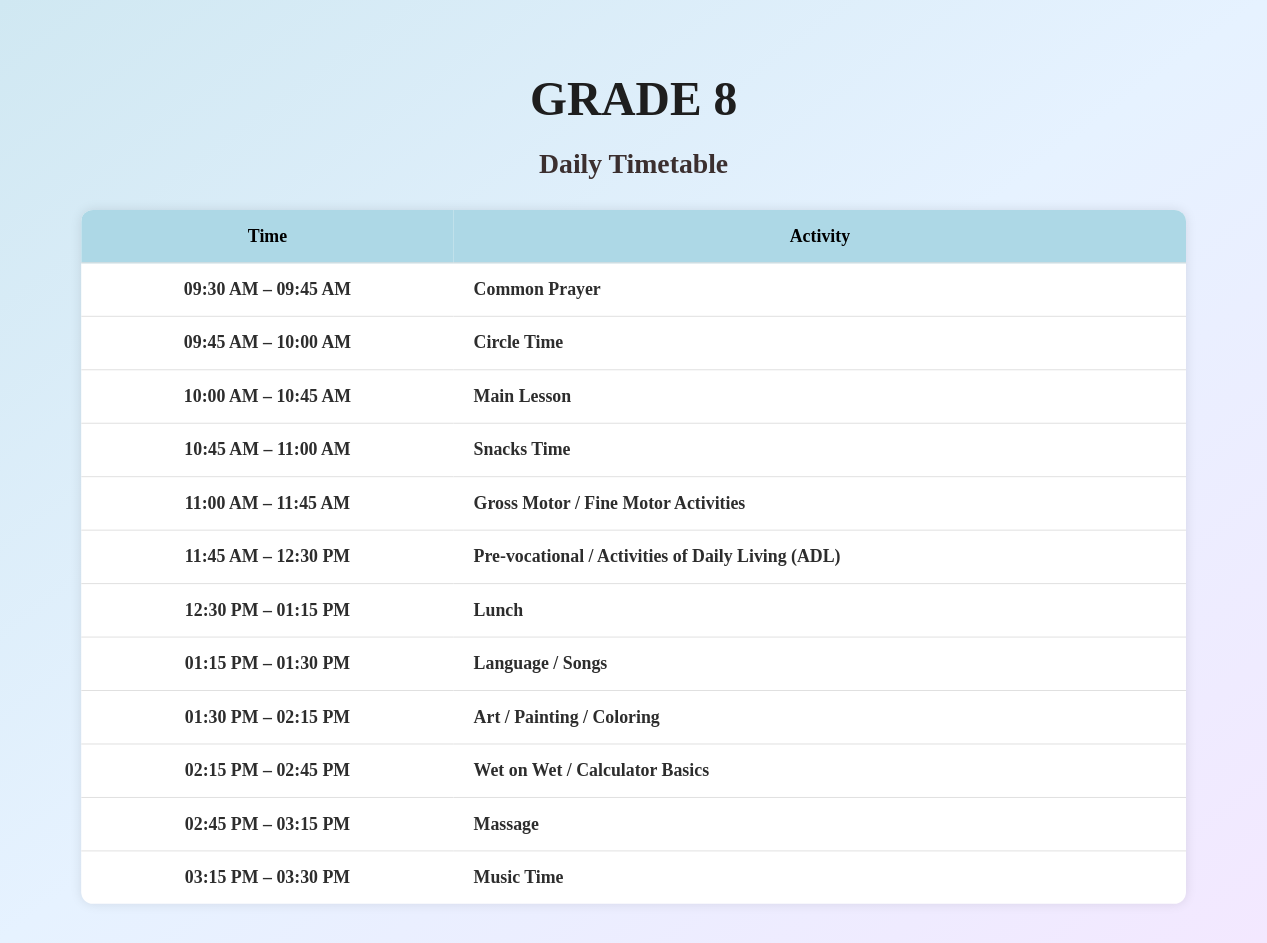
Repository: atchayasasikumar10/timetable-website
Page: templates/grade8_home.html
The author's editor kept a copy of each file at every save. The page is drawn from the files as they stood at one save, then again after the next save.
The browser window is 1280 px wide. The pictures show the whole page, at 99% of full size.
The page is served by the project's application, run on Flask 3 (main.py). The template is opened directly, without the code that normally fills it, so the values that code supplies are empty.

Above is the page before, as saved 2025-06-27 19:31:13.

### templates/grade8_home.html
<!DOCTYPE html>
<html lang="en">
<head>
    <meta charset="UTF-8">
    <title>Grade 8 Timetable</title>
    <style>
        body {
            margin: 0;
            padding: 40px 20px;
            font-family: 'Times New Roman', Times, serif;
            font-weight: bold;
            background: linear-gradient(to bottom right, #d0e8f2, #e6f2ff, #f3e8ff);
            color: #2d2d2d;
            text-align: center;
        }

        h1 {
            font-size: 48px;
            margin-bottom: 10px;
            color: #1e1e1e;
        }

        h2 {
            font-size: 28px;
            color: #3b2f2f;
            margin-bottom: 30px;
        }

        table {
            width: 90%;
            margin: 0 auto;
            border-collapse: collapse;
            background-color: white;
            box-shadow: 0 0 12px rgba(0, 0, 0, 0.1);
            border-radius: 12px;
            overflow: hidden;
        }

        th, td {
            padding: 16px 20px;
            border-bottom: 1px solid #e0e0e0;
            font-size: 18px;
        }

        th {
            background-color: #add8e6;
            color: #000;
            text-align: center;
        }

        td:first-child {
            text-align: center;
            white-space: nowrap;
        }

        td:last-child {
            text-align: justify;
        }

        tr:last-child td {
            border-bottom: none;
        }

        @media (max-width: 600px) {
            h1 {
                font-size: 32px;
            }

            h2 {
                font-size: 22px;
            }

            th, td {
                font-size: 16px;
                padding: 10px;
            }
        }
    </style>
</head>
<body>

    <h1>GRADE 8</h1>
    <h2>Daily Timetable</h2>

    <table>
        <tr>
            <th>Time</th>
            <th>Activity</th>
        </tr>
        <tr>
            <td>09:30 AM – 09:45 AM</td>
            <td>Common Prayer</td>
        </tr>
        <tr>
            <td>09:45 AM – 10:00 AM</td>
            <td>Circle Time</td>
        </tr>
        <tr>
            <td>10:00 AM – 10:45 AM</td>
            <td>Main Lesson</td>
        </tr>
        <tr>
            <td>10:45 AM – 11:00 AM</td>
            <td>Snacks Time</td>
        </tr>
        <tr>
            <td>11:00 AM – 11:45 AM</td>
            <td>Gross Motor / Fine Motor Activities</td>
        </tr>
        <tr>
            <td>11:45 AM – 12:30 PM</td>
            <td>Pre-vocational / Activities of Daily Living (ADL)</td>
        </tr>
        <tr>
            <td>12:30 PM – 01:15 PM</td>
            <td>Lunch</td>
        </tr>
        <tr>
            <td>01:15 PM – 01:30 PM</td>
            <td>Language / Songs</td>
        </tr>
        <tr>
            <td>01:30 PM – 02:15 PM</td>
            <td>Art / Painting / Coloring</td>
        </tr>
        <tr>
            <td>02:15 PM – 02:45 PM</td>
            <td>Wet on Wet / Calculator Basics</td>
        </tr>
        <tr>
            <td>02:45 PM – 03:15 PM</td>
            <td>Massage</td>
        </tr>
        <tr>
            <td>03:15 PM – 03:30 PM</td>
            <td>Music Time</td>
        </tr>
    </table>

</body>
</html>

### main.py
from flask import Flask, render_template

app = Flask(__name__)

@app.route("/")
def home():
    return render_template("index.html")

@app.route("/pre")
def pre_home():
    return render_template("pre.html")  # ✅ Matches template filename

@app.route("/grade3")
def grade3_home():
    return render_template("grade3.html")  # ✅ Matches template filename

@app.route("/grade8")
def grade8_home():
    return render_template("grade8.html")  # ✅ Matches template filename

if __name__ == "__main__":
    app.run(host='0.0.0.0', debug=True)

After the next save:
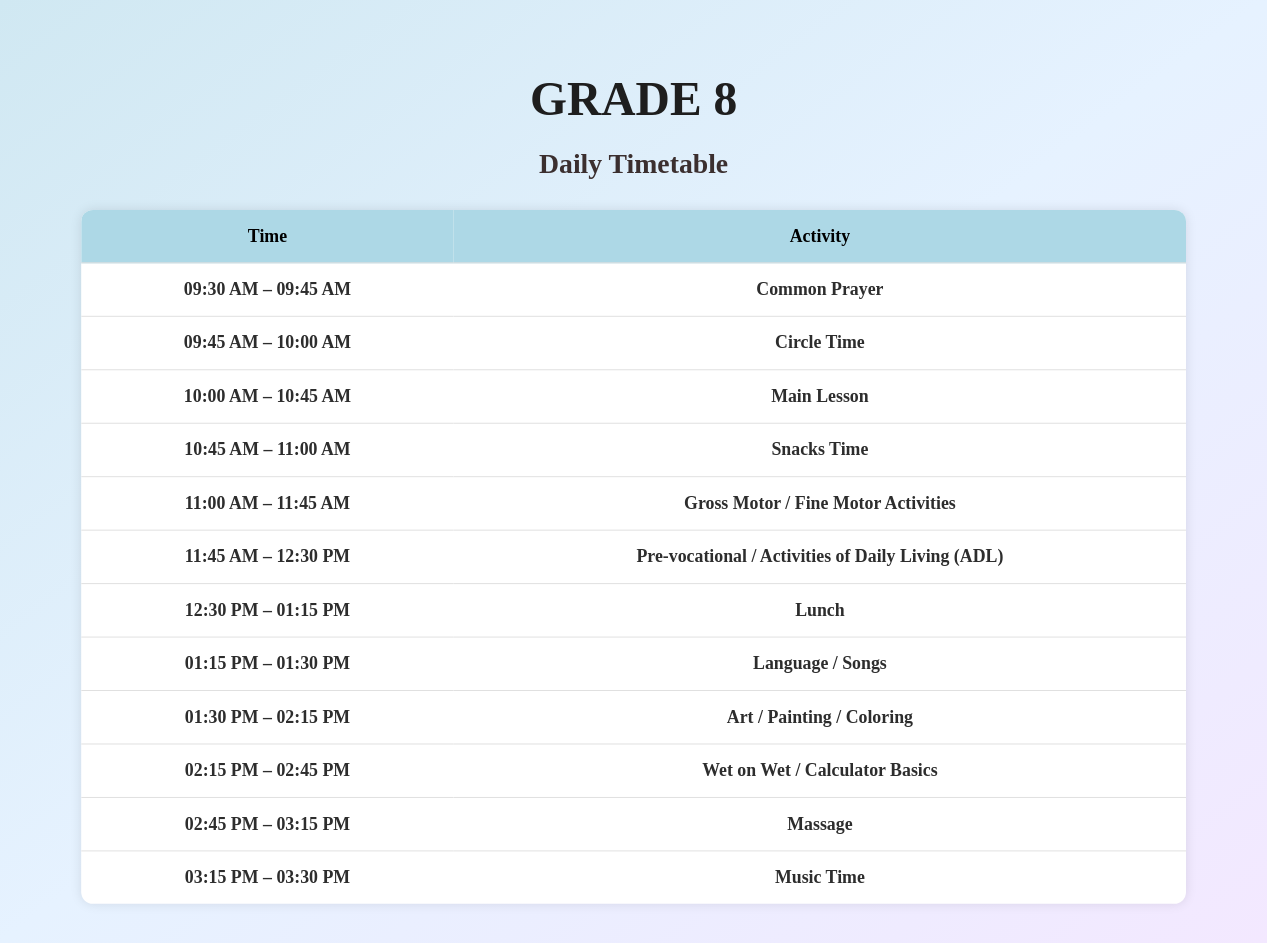
Saved 103 s later.
--- a/templates/grade8_home.html
+++ b/templates/grade8_home.html
@@ -48,13 +48,8 @@
             text-align: center;
         }
 
-        td:first-child {
+        td {
             text-align: center;
-            white-space: nowrap;
-        }
-
-        td:last-child {
-            text-align: justify;
         }
 
         tr:last-child td {
